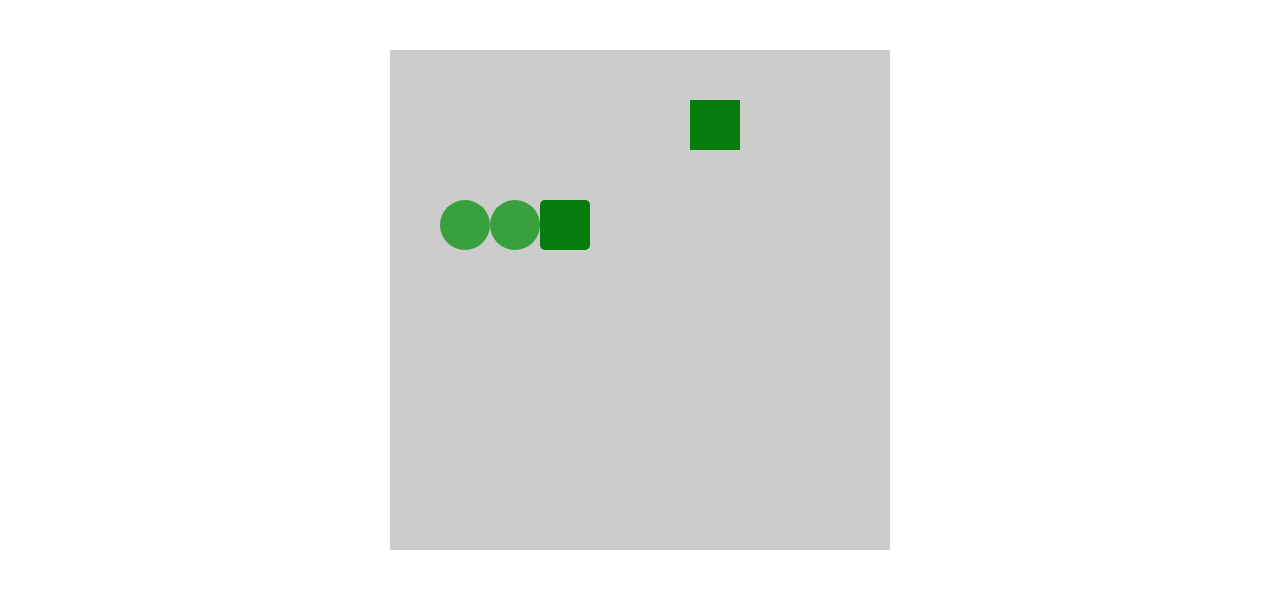
Repository: elvinyeka/SnakeGame
Page: index.html
These files come from the project's save history. The page is drawn as it stood at one moment and after the next save; the edit follows.
The browser window is 1280 px wide. The pictures show the whole page.

Above is the page before, as saved 2020-11-07 23:22:27.

### index.html
<!DOCTYPE html>
<html lang="en">
<head>
    <meta charset="UTF-8">
    <meta name="viewport" content="width=device-width, initial-scale=1.0">
    <link rel="stylesheet" href="css/style.css">
    <title>Snake Game</title>
</head>
<body>
    <script src="js/snake.js"></script>
</body>
</html>

### css/style.css
* {
    box-sizing: border-box;
}

body {
    margin: 50px;
}

.ground {
    width: 500px;
    height: 500px;
    margin: 0 auto;
    display: flex;
    flex-wrap: wrap;
    background-color: #cccccc;
}

.box{
    width:50px;
    height: 50px;
    padding:5px;
}

.snakeBody {
    background-color: #38a03d;
    background-size: cover;
    border-radius: 50%;
}

.snakeHead {
    background-color: #067c0c;
    background-size: cover;
    border-radius: 10%;
}

.food {
    background-color: #067c0c;
    background-size: cover;

}

### js/snake.js
var ground = document.createElement('div');
document.body.appendChild(ground);
ground.classList.add('ground');


for(var i=0; i < 101; i++) {
    var box = document.createElement('div');
    ground.appendChild(box);
    box.classList.add('box');

}

var box = document.getElementsByClassName('box');
var x = 1,
    y = 10;

for(var i=0; i< box.length; i++) {
    if(x>10) {
        x = 1;
        y--;
    }
    box[i].setAttribute('posX', x);
    box[i].setAttribute('posY', y);
    x++;
}


function generateSnake() {
    var posX = Math.round(Math.random() * (10 - 3) + 3);
    var posY = Math.round(Math.random() * (10 - 1) + 1);
    return [posX, posY];
}

var coordinates = generateSnake();
var snakeBody  = [document.querySelector('[posX = "' + coordinates[0] + '"][posY = "' + coordinates[1] + '"]'),
document.querySelector('[posX = "' + (coordinates[0] - 1) + '"][posY = "' + coordinates[1] + '"]'),
document.querySelector('[posX = "' + (coordinates[0] - 2) + '"][posY = "' + coordinates[1] + '"]')];

for(var i = 0; i < snakeBody.length; i++) {
    snakeBody[i].classList.add('snakeBody');
}

snakeBody[0].classList.add('snakeHead');

var food;

function createFood() {
    function generateFood() {
        var posX = Math.round(Math.random() * (10 - 3) + 3);
        var posY = Math.round(Math.random() * (10 - 1) + 1);
        return [posX, posY];
    }

    var foodCoordinates = generateFood();
    console.log(foodCoordinates);
    food = document.querySelector('[posX = "' + foodCoordinates[0] + '"][posY = "' + foodCoordinates[1] + '"]');
    food.classList.add('food');
}

createFood();

After the next save:
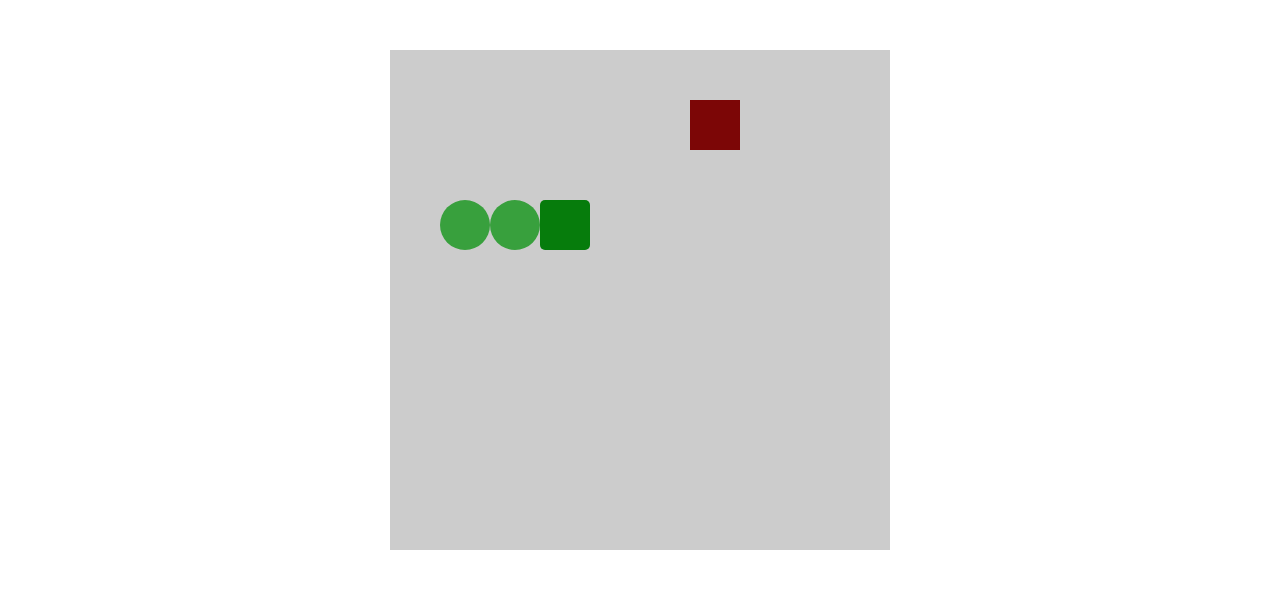
Saved 20 s later.
--- a/css/style.css
+++ b/css/style.css
@@ -34,7 +34,7 @@ body {
 }
 
 .food {
-    background-color: #067c0c;
+    background-color: #7c0606;
     background-size: cover;
 
 }
